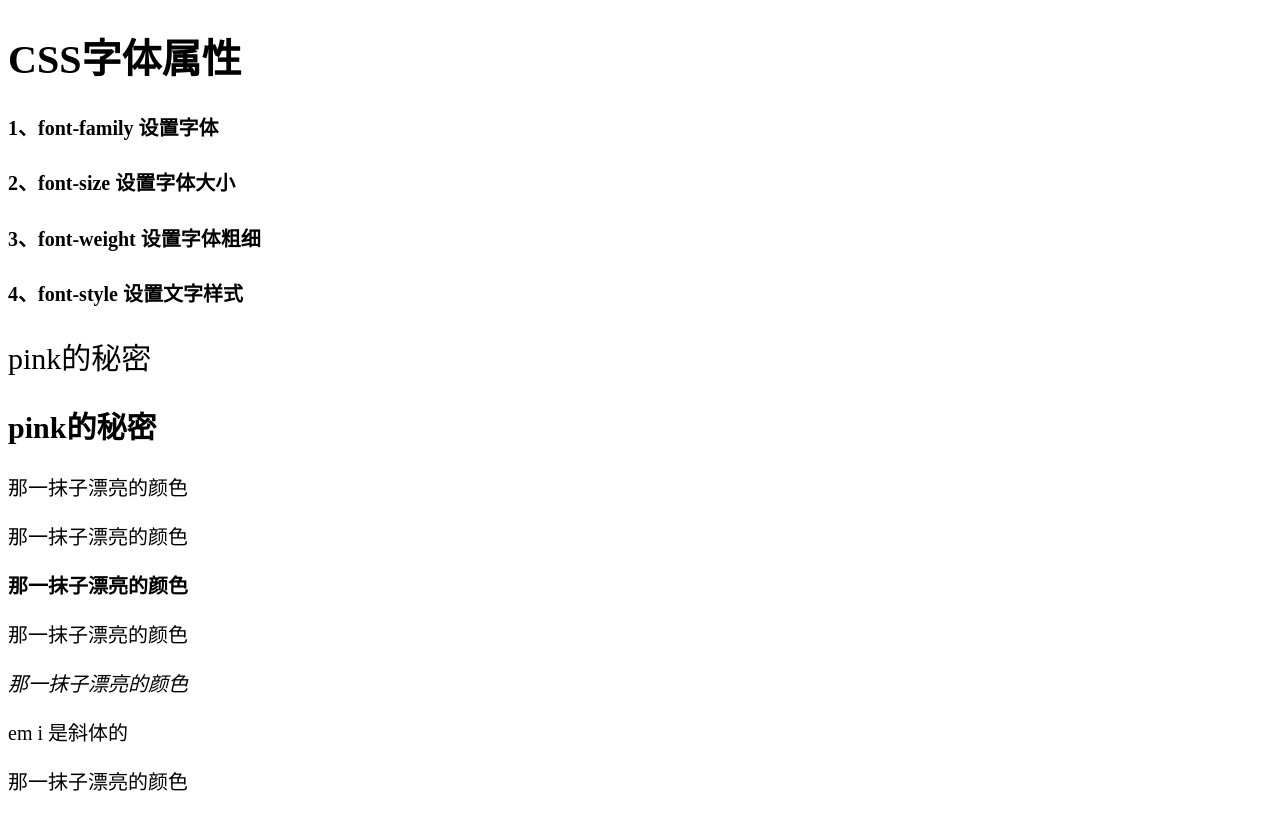
Repository: zhengdeya/web-based
Page: 13-字体属性.html
An editor plug-in stored every save of this project. The page is shown before and after the next save, followed by the edit.
The browser window is 1280 px wide. The pictures show the whole page.

Above is the page before, as saved 2021-03-28 14:33:14.

### 13-字体属性.html
<!DOCTYPE html>
<html lang="en">
<head>
    <meta charset="UTF-8">
    <meta http-equiv="X-UA-Compatible" content="IE=edge">
    <meta name="viewport" content="width=device-width, initial-scale=1.0">
    <title>字体属性</title>
    <style>
        body {
            font-size: 20px;
        }
        h2 {
            /* 设置字体 */
            /* 从前向后找 */
            font-family: "Microsoft Yahei"，Times,serif;
        }
        p {
            /* 字体大小 */
            font-size: 20px;

        }
        .bold {
             /* 设置字体粗细 */
             /* font-weight: bold; */
             /* 实际开发中用数字实现加粗 400等同于 normal ，700等同于 bold */
             font-weight: 700;
        }
        .normal {
            /* 变细 */
            /* font-weight: normal; */
            font-weight: 400;
        }
        /* 4、font-style 设置文字样式 */
        .italic {
            /* 斜体 */
            font-style: italic;
        }
        em {
            /* 将倾斜字体变正常 */
            font-style: normal;
        }
    </style>
</head>
<body>
    <h1>CSS字体属性</h1>
    <h4>1、font-family 设置字体</h4>
    <h4>2、font-size 设置字体大小</h4>
    <h4>3、font-weight 设置字体粗细</h4>
    <h4>4、font-style 设置文字样式</h4>

    <h2 class="normal">pink的秘密</h2>
    <h2>pink的秘密</h2>
    <p>那一抹子漂亮的颜色</p>
    <p>那一抹子漂亮的颜色</p>
    <p class="bold">那一抹子漂亮的颜色</p>
    <p>那一抹子漂亮的颜色</p>
    <p class="italic">那一抹子漂亮的颜色</p>
    <em>em i 是斜体的</em>
    <p>那一抹子漂亮的颜色</p>
</body>
</html>

After the next save:
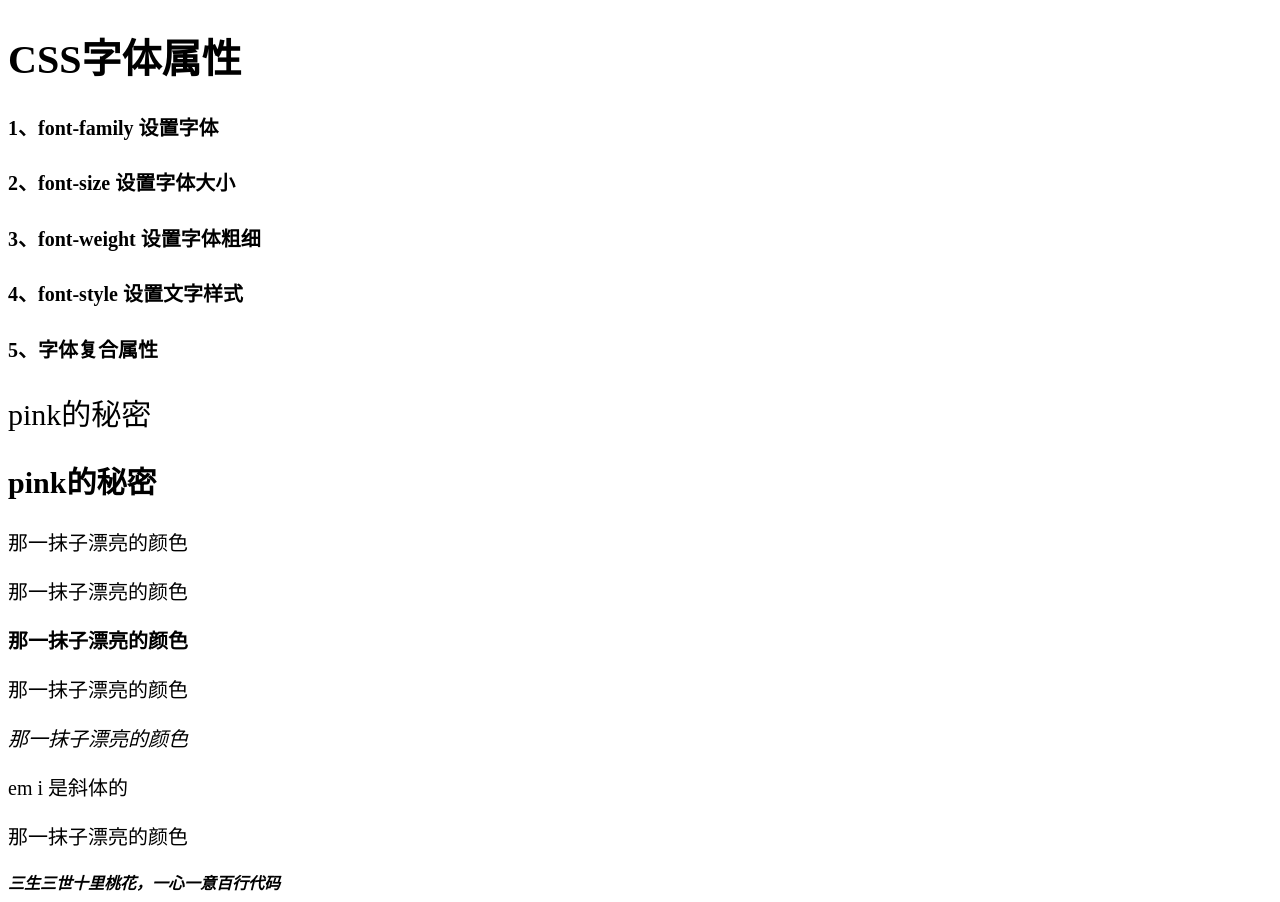
Saved 3 min 1 s later.
--- a/13-字体属性.html
+++ b/13-字体属性.html
@@ -39,6 +39,14 @@
             /* 将倾斜字体变正常 */
             font-style: normal;
         }
+
+        /* 5、字体复合属性/ */
+        div {
+            font-style: italic;
+            font-weight: 700;
+            font-size: 16px;
+            font-family: serif;
+        }
     </style>
 </head>
 <body>
@@ -47,6 +55,7 @@
     <h4>2、font-size 设置字体大小</h4>
     <h4>3、font-weight 设置字体粗细</h4>
     <h4>4、font-style 设置文字样式</h4>
+    <h4>5、字体复合属性</h4>
 
     <h2 class="normal">pink的秘密</h2>
     <h2>pink的秘密</h2>
@@ -57,5 +66,6 @@
     <p class="italic">那一抹子漂亮的颜色</p>
     <em>em i 是斜体的</em>
     <p>那一抹子漂亮的颜色</p>
+    <div>三生三世十里桃花，一心一意百行代码</div>
 </body>
 </html>
